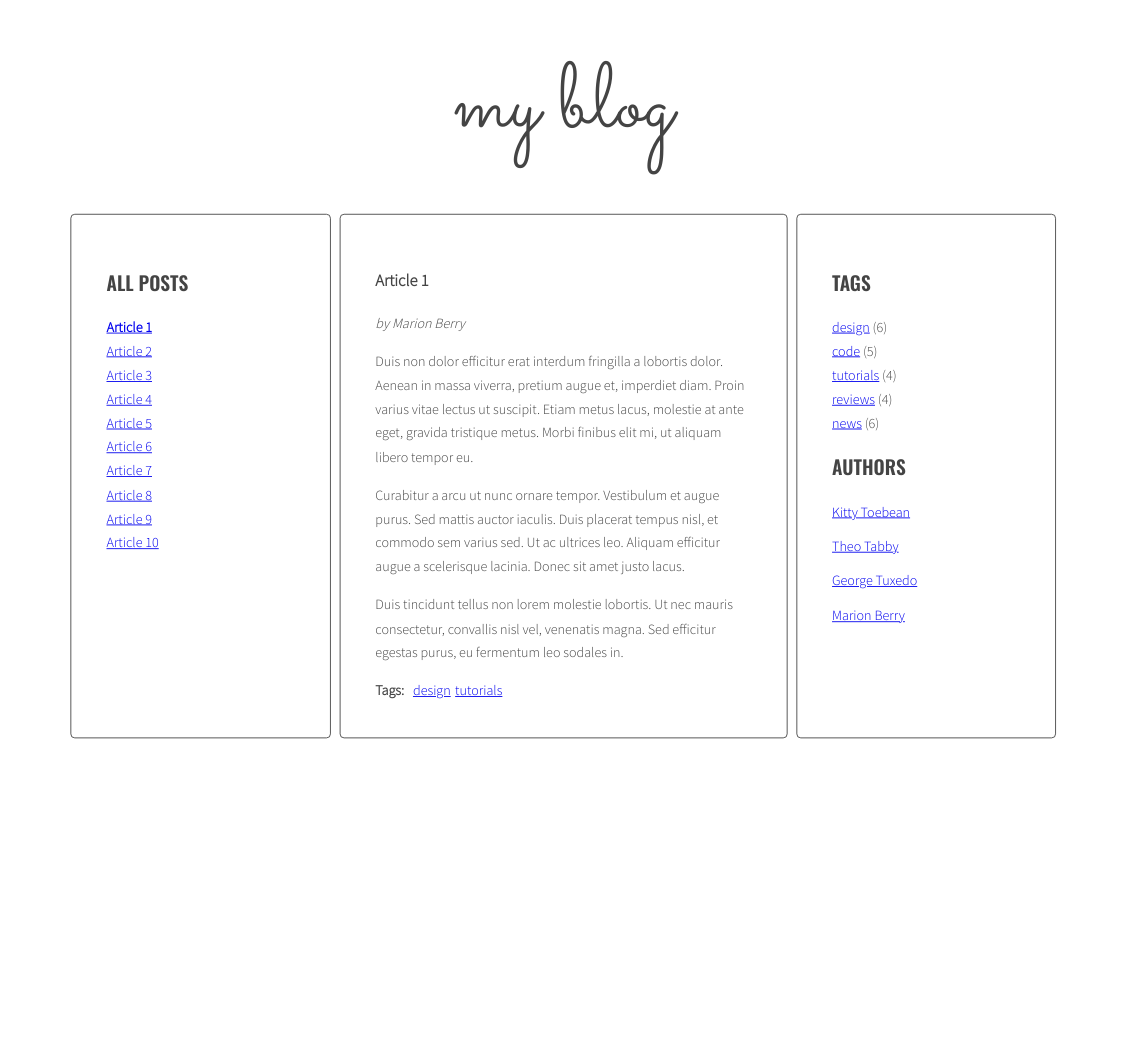
Repository: ulasup/javascript-blog
Page: index.html
These files come from the project's save history. The page is drawn as it stood at one moment and after the next save; the edit follows.
The browser window is 1280 px wide. The pictures show the whole page, at 88% of full size.
After loading, the first visible `a` was clicked once.
The style sheet was rebuilt from its Sass, Less or Tailwind sources for each picture, by a compiler version that may differ from the author's.

Above is the page before, as saved 2020-12-19 16:00:23.
Console error: TypeError: Cannot read properties of null (reading 'replace')

### index.html
<!DOCTYPE html>
<html  lang="en">
    <head>
        <meta charset="UTF-8">
        <title>Film blog</title>
        <link rel="stylesheet" href="css/style.css">
    </head>
    <body>
        <div class="blog">
            <div class="container">
              <h1 class="logo">my blog</h1>
              <main class="wrapper">
                <aside class="sidebar">
                  <h2 class="section-title">All posts</h2>
                  <ul class="list titles">
                  </ul>
                </aside>
                <section class="posts">
                  <article class="post active" id="article-1" data-tags="design tutorials">
                    <h3 class="post-title">Article 1</h3>
                    <p class="post-author">by Marion Berry</p>
                    <div class="post-content">
                      <p>Duis non dolor efficitur erat interdum fringilla a lobortis dolor. Aenean in massa viverra, pretium augue et, imperdiet diam. Proin varius vitae lectus ut suscipit. Etiam metus lacus, molestie at ante eget, gravida tristique metus. Morbi finibus elit mi, ut aliquam libero tempor eu.</p>
                      <p>Curabitur a arcu ut nunc ornare tempor. Vestibulum et augue purus. Sed mattis auctor iaculis. Duis placerat tempus nisl, et commodo sem varius sed. Ut ac ultrices leo. Aliquam efficitur augue a scelerisque lacinia. Donec sit amet justo lacus.</p>
                      <p>Duis tincidunt tellus non lorem molestie lobortis. Ut nec mauris consectetur, convallis nisl vel, venenatis magna. Sed efficitur egestas purus, eu fermentum leo sodales in.</p>
                    </div>
                    <div class="post-tags">
                      <p><strong>Tags:</strong></p>
                      <ul class="list list-horizontal">
                      </ul>
                    </div>
                  </article>
                  <article class="post" id="article-2" data-tags="news code">
                    <h3 class="post-title">Article 2</h3>
                    <p class="post-author">by Theo Tabby</p>
                    <div class="post-content">
                      <p>Phasellus sollicitudin, arcu vel iaculis ullamcorper, quam leo viverra orci, et faucibus quam sapien vel est. Maecenas ac suscipit elit. Nullam interdum, lorem vitae venenatis pulvinar, ex dui malesuada nunc, tempus cursus enim metus vel nulla.</p>
                      <p>Integer hendrerit, eros id efficitur dapibus, ante arcu ullamcorper orci, a iaculis felis turpis at purus. Quisque sodales posuere sapien vel consectetur. Duis dui urna, commodo non ante nec, mattis dictum enim. Donec aliquam erat sed diam lobortis, vel gravida lacus laoreet. Phasellus pretium maximus mi, eu posuere justo suscipit vel.</p>
                      <p>Nam magna nisl, varius in malesuada vitae, facilisis vel metus. Proin rhoncus euismod leo dictum lobortis. Suspendisse non ante sapien.</p>
                    </div>
                    <div class="post-tags">
                      <p><strong>Tags:</strong></p>
                      <ul class="list list-horizontal">
                      </ul>
                    </div>
                  </article>
                  <article class="post" id="article-3" data-tags="news reviews design">
                    <h3 class="post-title">Article 3</h3>
                    <p class="post-author">by George Tuxedo</p>
                    <div class="post-content">
                      <p>Mauris vel pellentesque turpis, ac sodales nisl. Quisque iaculis mi velit, ut convallis tellus accumsan a. Quisque iaculis, nisi et dignissim tincidunt, nisl eros euismod nulla, finibus laoreet erat enim posuere elit.</p>
                      <p>Aenean at semper urna. Duis vel sapien molestie, egestas diam consequat, molestie nulla. Praesent a malesuada metus. Praesent et tempus leo.</p>
                      <p>Mauris in eleifend neque, vitae eleifend velit. Maecenas purus est, bibendum eget imperdiet id, dictum sed ante. Aenean a magna et eros sagittis aliquet.</p>
                    </div>
                    <div class="post-tags">
                      <p><strong>Tags:</strong></p>
                      <ul class="list list-horizontal">
                      </ul>
                    </div>
                  </article>
                  <article class="post" id="article-4" data-tags="tutorials code design">
                    <h3 class="post-title">Article 4</h3>
                    <p class="post-author">by Kitty Toebean</p>
                    <div class="post-content">
                      <p>Morbi vel cursus nulla, vel varius mauris. Suspendisse sed elit sit amet risus faucibus vestibulum ut sit amet purus. Donec orci est, condimentum ut quam quis, scelerisque fringilla ligula.</p>
                      <p>Quisque bibendum nisl id quam sagittis, id pretium dolor scelerisque. Suspendisse non odio nec velit dapibus placerat non a libero.</p>
                      <p>Vivamus at tristique ex, feugiat sagittis ex. Cras cursus, ipsum et efficitur commodo, urna sapien rutrum magna, quis sodales justo ligula eget nunc. In hac habitasse platea dictumst.</p>
                    </div>
                    <div class="post-tags">
                      <p><strong>Tags:</strong></p>
                      <ul class="list list-horizontal">
                      </ul>
                    </div>
                  </article>
                  <article class="post" id="article-5" data-tags="design reviews">
                    <h3 class="post-title">Article 5</h3>
                    <p class="post-author">by Marion Berry</p>
                    <div class="post-content">
                      <p>Suspendisse sem eros, euismod condimentum arcu ac, consequat fermentum orci. Nam convallis lacus nec interdum vestibulum. Vestibulum luctus, quam eu tristique ornare, lorem nibh sodales enim, vitae tempor dolor ante vitae tortor.</p>
                      <p>Duis venenatis metus quis luctus lobortis. In porttitor ipsum eget ligula aliquam ornare. Cras malesuada urna id volutpat sodales.</p>
                      <p>Donec lobortis ultricies turpis, eu viverra magna gravida quis. Fusce sit amet pretium nulla. Duis rutrum metus vel libero sodales, pellentesque varius ex pulvinar.</p>
                    </div>
                    <div class="post-tags">
                      <p><strong>Tags:</strong></p>
                      <ul class="list list-horizontal">
                      </ul>
                    </div>
                  </article>
                  <article class="post" id="article-6" data-tags="reviews code">
                    <h3 class="post-title">Article 6</h3>
                    <p class="post-author">by George Tuxedo</p>
                    <div class="post-content">
                      <p>Donec posuere iaculis ante sed hendrerit. Lorem ipsum dolor sit amet, consectetur adipiscing elit. Quisque hendrerit neque nec urna tincidunt, quis vehicula dui vulputate. Morbi est sapien, auctor ut lectus eu, placerat viverra lorem.</p>
                      <p>Cras consectetur at erat id accumsan. Suspendisse lacinia in nulla quis vulputate. Nunc vitae consectetur augue. Nam ut vehicula mi. Aliquam tristique, purus in hendrerit porta, elit lectus finibus mi, vel malesuada nisl lectus a libero.</p>
                      <p>Nam quis efficitur ante. Sed eget purus quis ex commodo porta eu sit amet dolor. Mauris tellus nisl, dictum nec est vitae, condimentum ornare ante. Fusce ornare hendrerit maximus. In maximus rhoncus justo.</p>
                    </div>
                    <div class="post-tags">
                      <p><strong>Tags:</strong></p>
                      <ul class="list list-horizontal">
                      </ul>
                    </div>
                  </article>
                  <article class="post" id="article-7" data-tags="code news">
                    <h3 class="post-title">Article 7</h3>
                    <p class="post-author">by Kitty Toebean</p>
                    <div class="post-content">
                      <p>Donec eleifend mauris ac nisl fermentum, ac fermentum turpis dignissim. Aliquam diam nisl, imperdiet a varius eget, lobortis sed nisi. Nullam suscipit ipsum sed magna blandit, sed pellentesque urna malesuada.</p>
                      <p>Duis vestibulum arcu et lectus viverra porta. Praesent tempor lacus eget quam mattis, sit amet venenatis diam ultrices. Morbi gravida sapien quis ligula tincidunt, vel sagittis erat ultrices.</p>
                      <p>Ut orci tellus, laoreet ac diam ut, tempus bibendum nisi. Nam egestas sagittis nibh. Curabitur tristique dui quis egestas pretium. Duis eu felis orci.</p>
                    </div>
                    <div class="post-tags">
                      <p><strong>Tags:</strong></p>
                      <ul class="list list-horizontal">
                      </ul>
                    </div>
                  </article>
                  <article class="post" id="article-8" data-tags="news design tutorials">
                    <h3 class="post-title">Article 8</h3>
                    <p class="post-author">by Theo Tabby</p>
                    <div class="post-content">
                      <p>Praesent quis imperdiet erat. Curabitur tempor sapien a interdum malesuada. Proin libero erat, sagittis a sollicitudin eget, pulvinar nec risus. Cras et suscipit sem.</p>
                      <p>Maecenas consequat diam nec sollicitudin congue. Aenean porttitor porttitor quam, condimentum interdum metus congue sed. Donec at nulla ipsum.</p>
                      <p>Mauris non congue dui. Aenean ac eros vitae massa vulputate aliquet ut ac elit. Morbi iaculis auctor nunc aliquet luctus. Nunc tincidunt sem dui, quis interdum leo pellentesque eget. Fusce id leo varius, imperdiet nunc vitae, tristique mi. Mauris quis interdum justo. Mauris auctor purus eu leo faucibus feugiat. Nulla at odio vitae leo semper blandit.</p>
                    </div>
                    <div class="post-tags">
                      <p><strong>Tags:</strong></p>
                      <ul class="list list-horizontal">
                      </ul>
                    </div>
                  </article>
                  <article class="post" id="article-9" data-tags="news tutorials">
                    <h3 class="post-title">Article 9</h3>
                    <p class="post-author">by Marion Berry</p>
                    <div class="post-content">
                      <p>Tam et facilisis purus. Donec vulputate est quis lobortis posuere. Nunc vitae lorem ut odio faucibus pulvinar nec in justo. Ut ut ante ac tellus ornare tempus. Nunc maximus, tortor et dictum convallis, nunc libero posuere leo, scelerisque ultrices arcu sapien ut tellus.</p>
                      <p>Fusce lacinia augue massa, non tincidunt tortor auctor quis. Vestibulum ut pretium nisl. Etiam id tellus tempus, commodo ligula vehicula, porta magna.</p>
                      <p>Donec fringilla blandit dolor vel aliquet. Fusce tortor sapien, lobortis eu vehicula sit amet, dignissim et lectus. In ullamcorper metus vel massa fermentum, at fermentum dui sollicitudin. Nullam lacinia elit vel tortor ullamcorper pulvinar.</p>
                    </div>
                    <div class="post-tags">
                      <p><strong>Tags:</strong></p>
                      <ul class="list list-horizontal">
                      </ul>
                    </div>
                  </article>
                  <article class="post" id="article-10" data-tags="code design news reviews">
                    <h3 class="post-title">Article 10</h3>
                    <p class="post-author">by George Tuxedo</p>
                    <div class="post-content">
                      <p>Aliquam erat volutpat. Ut non eleifend lectus. Donec suscipit tellus tempor, ornare dui id, hendrerit neque. Phasellus lacinia laoreet dui in luctus. Sed hendrerit, magna sit amet varius tempor, augue augue scelerisque est, non scelerisque mauris libero eu sapien.</p>
                      <p>Sed at sapien in quam sollicitudin aliquam. In interdum metus a mi porttitor luctus. Sed commodo, arcu id lacinia posuere, felis elit pharetra urna, at feugiat est orci sit amet libero. Quisque in nisl est. Nullam vehicula at lectus non luctus. Cras aliquam neque magna, at varius nisi egestas ut.</p>
                      <p>Rhoncus purus nulla, non auctor lacus placerat ut. Aliquam condimentum eget magna ac gravida. Etiam egestas faucibus urna et finibus. Cras vel tellus vel magna suscipit euismod. Maecenas id arcu ante. Duis iaculis scelerisque erat, at ullamcorper arcu consectetur eu. Fusce aliquam diam at arcu pharetra, vel fermentum nunc lobortis.</p>
                    </div>
                    <div class="post-tags">
                      <p><strong>Tags:</strong></p>
                      <ul class="list list-horizontal">
                      </ul>
                    </div>
                  </article>
                </section>
                <aside class="sidebar">
                  <h2 class="section-title">Tags</h2>
                  <ul class="list tags">
                    <li><a href="#">design</a> <span>(6)</span></li>
                    <li><a href="#">code</a> <span>(5)</span></li>
                    <li><a href="#">tutorials</a> <span>(4)</span></li>
                    <li><a href="#">reviews</a> <span>(4)</span></li>
                    <li><a href="#">news</a> <span>(6)</span></li>
                  </ul>
                  <h2 class="section-title">Authors</h2>
                  <ul class="list authors">
                    <li>
                      <a href="#">
                        <span class="author-name">Kitty Toebean</span>
                      </a>
                    </li>
                    <li>
                      <a href="#">
                        <span class="author-name">Theo Tabby</span>
                      </a>
                    </li>
                    <li>
                      <a href="#">
                        <span class="author-name">George Tuxedo</span>
                      </a>
                    </li>
                    <li>
                      <a href="#">
                        <span class="author-name">Marion Berry</span>
                      </a>
                    </li>
                  </ul>
                </aside>
              </main>
            </div>
          </div>
    <script src="js/script.js"></script>
    </body>
</html>

### js/script.js
'use strict';

function titleClickHandler(event){
  event.preventDefault();

  const activeLinks = document.querySelectorAll('.titles a.active');
  for(let activeLink of activeLinks){
    activeLink.classList.remove('active');
  }

  const clickedElement = this;
  clickedElement.classList.add('active');

  const activeArticles = document.querySelectorAll('.post.active');
  for(let activeArticle of activeArticles){
    activeArticle.classList.remove('active');
  }

  const articleSelector = clickedElement.getAttribute('href');
  const clickedArticles = document.querySelectorAll(articleSelector);
  for(let clickedArticle of clickedArticles){
    clickedArticle.classList.add('active');
  }
}

const optArticleSelector = '.post',
  optTitleSelector = '.post-title',
  optTitleListSelector = '.titles',
  optArticleTagsSelector = '.post-tags .list';

function generateTitleLinks(customSelector = ''){

  const titleList = document.querySelector(optTitleListSelector);
  titleList.innerHTML = '';

  const articles = document.querySelectorAll(optArticleSelector + customSelector);
  let html = '';
  for (let article of articles){
    const articleId = article.getAttribute('id');
    const articleTitle = article.querySelector(optTitleSelector).innerHTML;
    const linkHTML = '<li><a href="#' + articleId + '"><span>' + articleTitle + '</span></a></li>';
    html = html + linkHTML;
  }
  titleList.innerHTML = html;

  const links = document.querySelectorAll('.titles a');
  for(let link of links){
    link.addEventListener('click', titleClickHandler);
  }
}

generateTitleLinks();


function generateTags(){
  const articles = document.querySelectorAll(optArticleSelector);
  for (let article of articles){
    const tagList = article.querySelector(optArticleTagsSelector);
    let html = '';
    const articleTags = article.getAttribute('data-tags');
    const articleTagsArray = articleTags.split(' ');
    for (let tag of articleTagsArray){
      const linkHTML = '<li><a href="#tag-' + tag + '"><span>' + tag + '</span></a></li>';
      html = html + linkHTML;
    }
    tagList.innerHTML = html;
  }
}

generateTags();

function tagClickHandler(event){
  event.preventDefault();

  const clickedElement = this;
  const href = clickedElement.getAttribute('href');
  const tag = href.replace('#tag-', '');

  const activeTags = document.querySelectorAll('a.active[href^="#tag-"]');
  for(let activeTag of activeTags){
    activeTag.classList.remove('active');
  }

  const tagLinks = document.querySelectorAll('a[href="' + href + '"]');
  for (let tagLink of tagLinks){
    tagLink.classList.add('active');
  }

  generateTitleLinks('[data-tags~="' + tag + '"]');
}

function addClickListenersToTags(){
  const links =  document.querySelectorAll('.list');
  for(let link of links){
    link.addEventListener('click', tagClickHandler);
  }
}

addClickListenersToTags();

### sass/style.scss
@import url('https://fonts.googleapis.com/css?family=Oswald:400,600|Sacramento|Source+Sans+Pro:300&subset=latin-ext');

/* Variables */

$color-light: #fff;
$color-dark: #444;

$font-logo: 'Sacramento', cursive;
$font-header: 'Oswald', sans-serif;
$font-text: 'Source Sans Pro', sans-serif;

/* Global */

*, *::before, *::after {
  box-sizing: border-box;
}

body {
  background: $color-light;
  font-family: $font-text;
  color: $color-dark;
  font-weight: 300;
  font-size: 16px;
  line-height: 1.7;
}

.container {
  max-width: 1140px;
  margin: 0 auto;
}

.section-title {
  font-size: 22px;
  text-transform: uppercase;
  font-family: $font-header;
  font-weight: 600;

  span {
    text-transform: none;
    font-weight: 400;
    color: lighten($color-dark, 20%);
  }
}

/* Layout */

.wrapper {
  display: flex;
  margin-left: 10px;
}

.sidebar {
  flex: 1 0 0;
}

.posts {
  flex: 2 0 0;
}

.sidebar, .posts {
  background: $color-light;
  margin-right: 10px;
  padding: 40px;
  border: 1px solid $color-dark;
  border-radius: 5px;
}

/* Logo */

.logo {
  font-family: $font-logo;
  font-weight: 400;
  font-size: 104px;
  line-height: 1;
  text-align: center;
}

/* Lists */

.list {
  list-style-type: none;
  margin: 0;
  padding: 0;

  .active {
    font-weight: bold;
  }
}

.list-horizontal {
  li {
    display: inline-block;
    margin-right: 5px;
  }
}

/* Authors */

.authors {
  li {
    margin-bottom: 12px;
  }
}

/* Post */

.post {
  z-index: 1;
  position: absolute;
  opacity: 0;

  &.active {
    z-index: 2;
    position: relative;
    opacity: 1;
    transition: opacity 1s;
  }
}

.post-author {
  font-style: italic;
}

.post-tags {
  display: flex;

  p {
    margin: 0 10px 0 0;
  }
}

After the next save:
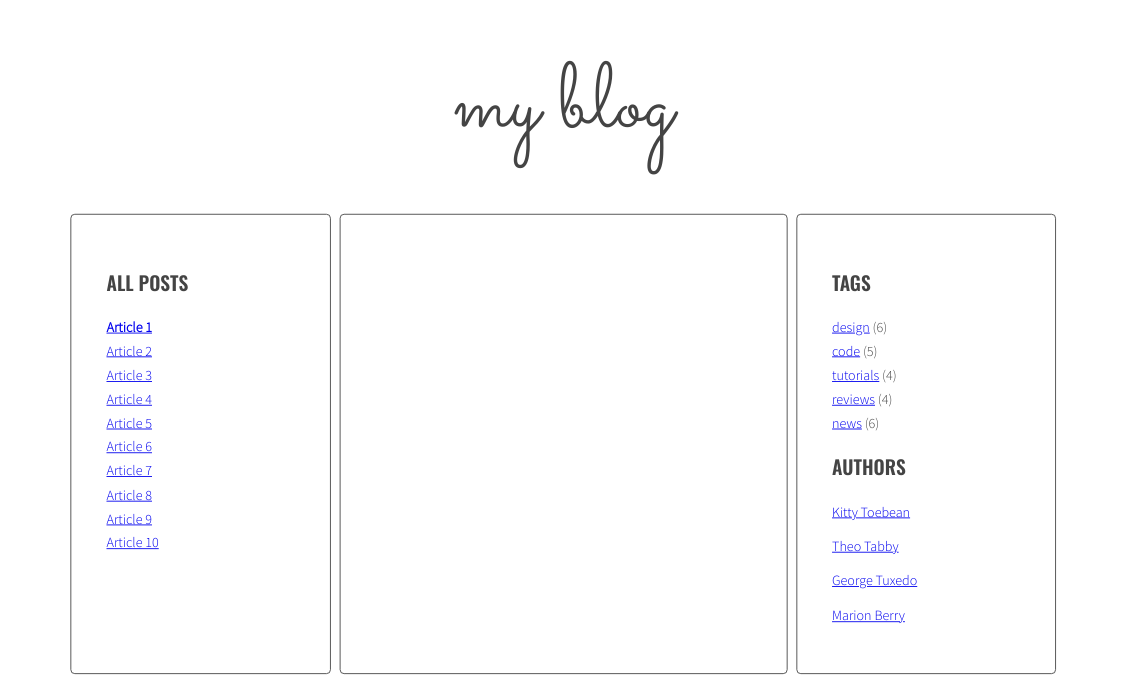
Console error: TypeError: clickedArticles is not iterable
Saved 15 s later.
--- a/js/script.js
+++ b/js/script.js
@@ -17,7 +17,7 @@
   }
 
   const articleSelector = clickedElement.getAttribute('href');
-  const clickedArticles = document.querySelectorAll(articleSelector);
+  const clickedArticles = document.querySelector(articleSelector);
   for(let clickedArticle of clickedArticles){
     clickedArticle.classList.add('active');
   }

After the save that followed:
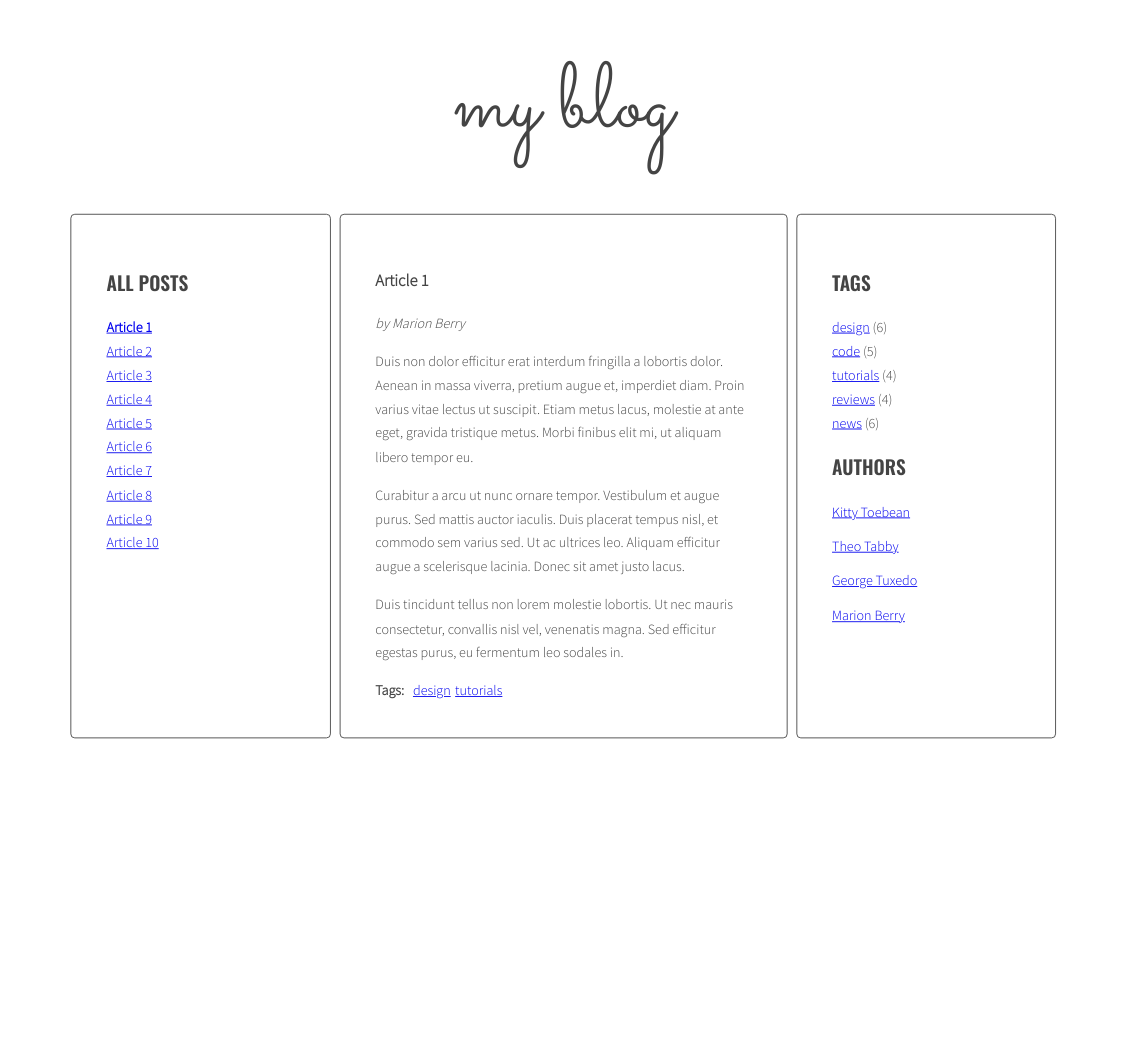
Console error: TypeError: Cannot read properties of null (reading 'replace')
Saved 13 s later.
--- a/js/script.js
+++ b/js/script.js
@@ -17,7 +17,7 @@
   }
 
   const articleSelector = clickedElement.getAttribute('href');
-  const clickedArticles = document.querySelector(articleSelector);
+  const clickedArticles = document.querySelectorAll(articleSelector);
   for(let clickedArticle of clickedArticles){
     clickedArticle.classList.add('active');
   }
